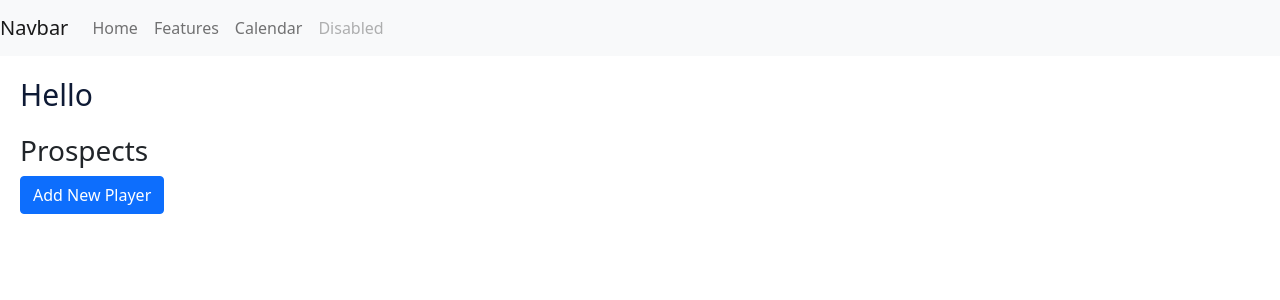
Repository: qfernandez/rangers-project
Page: http://localhost/main
The author's editor kept a record of every edit. The page is drawn from the files as they stood at one moment, then again after the next edit.
The browser window is 1280 px wide. The pictures show the whole page.
Some web libraries are served in a nearby version. The page is served by the project's Node server (app.js). Queries for data that is not in the repository find no rows.

Above is the page before.
Console error: ReferenceError: $ is not defined

After the next edit:
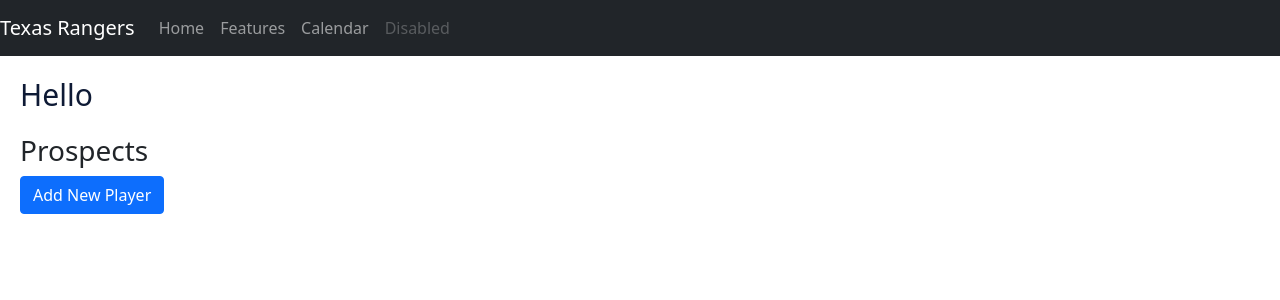
The edit:
--- a/views/partials/header.ejs
+++ b/views/partials/header.ejs
@@ -13,8 +13,8 @@
 
     <!--Deprecated Admin Page-->
 
-    <nav class="navbar navbar-expand-lg navbar-light bg-light">
-      <a class="navbar-brand" href="#">Navbar</a>
+    <nav class="navbar navbar-expand-lg navbar-dark bg-dark">
+      <a class="navbar-brand" href="#">Texas Rangers</a>
       <button class="navbar-toggler" type="button" data-toggle="collapse" data-target="#navbarNav" aria-controls="navbarNav" aria-expanded="false" aria-label="Toggle navigation">
         <span class="navbar-toggler-icon"></span>
       </button>
